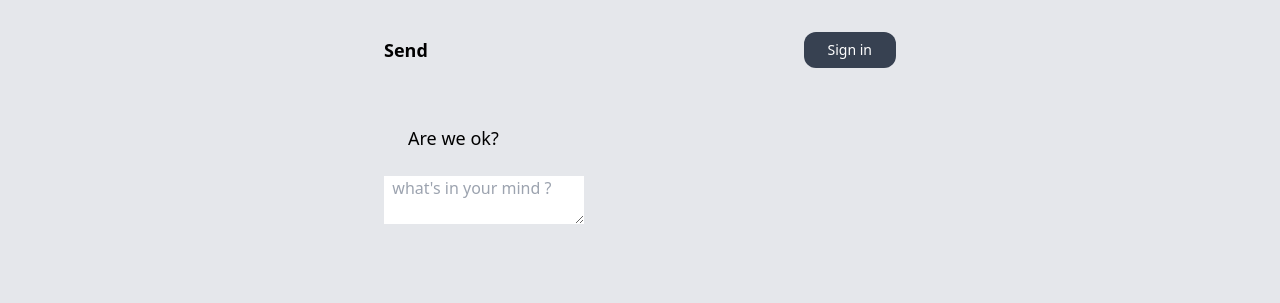
Repository: fatemesoleymanian/react
Page: / (app in next--experimental/postit/)
The author's editor kept a copy of each file at every save. The page is drawn from the files as they stood at one save, then again after the next save.
The browser window is 1280 px wide. The pictures show the whole page.
The page's requests for data from a server got no answer. The project was rebuilt for these pictures with package versions that can differ from the ones it lists, and the page was loaded fresh each time. The framework's server and built-in components were replaced by stand-ins that run in the browser. No one was signed in, and anything a server would have sent is missing. Also part of the build but not shown: next--experimental/postit/next.config.js, next--experimental/postit/app/components/auth/Logged.tsx.

Above is the page before, as saved 2023-02-26 15:48:43.

After the next save:
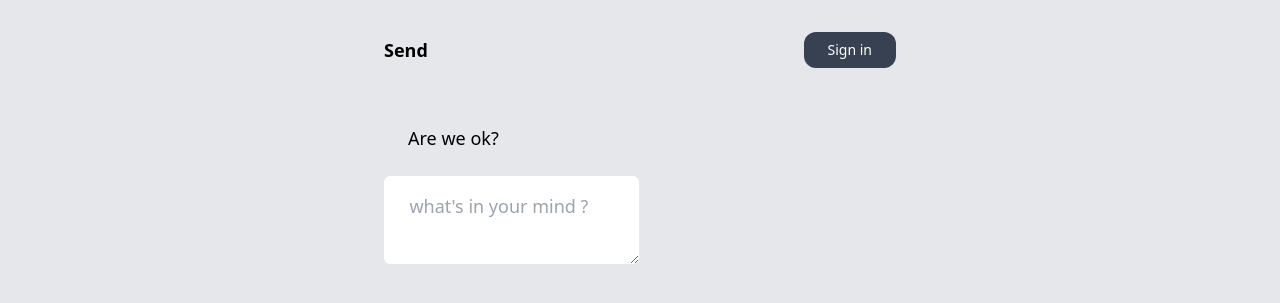
Saved 43 s later.
--- a/next--experimental/postit/app/components/AddPost.tsx
+++ b/next--experimental/postit/app/components/AddPost.tsx
@@ -11,7 +11,8 @@ export default function AddPost(){
                 <textarea name="title " id="title"
                 value={title}
                 onChange={(e)=> setTitle(e.target.value) }
-                placeholder="  what's in your mind ? ">
+                placeholder="  what's in your mind ? "
+                className="p-4 text-lg rounded-md">
                 </textarea>
             </div>
         </form>
